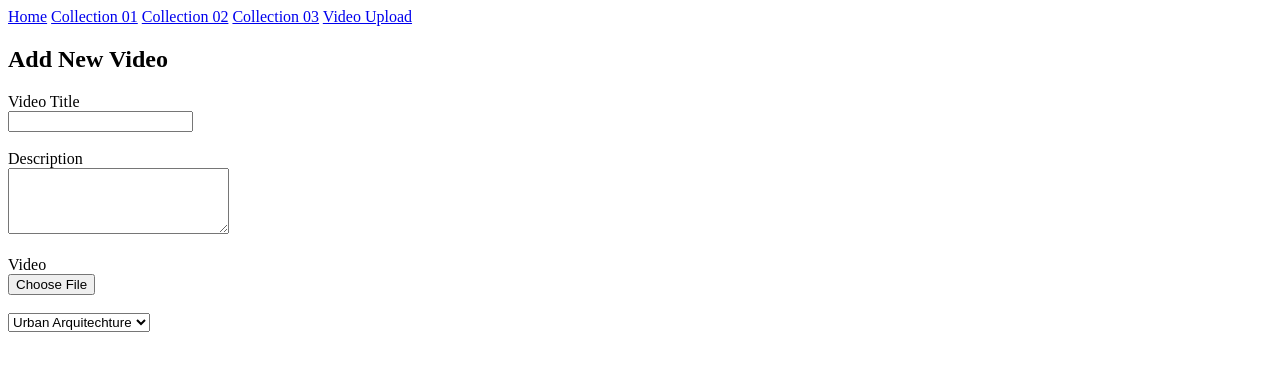
Repository: JoaoLemesDEV/Project-MyTube
Page: video_upload_page.html
These files come from the project's save history. The page is drawn as it stood at one moment and after a run of saves; the edit follows.
The browser window is 1280 px wide. The pictures show the whole page.

Above is the page before, as saved 2021-10-10 21:27:54.

### video_upload_page.html
<!DOCTYPE html>
<html lang="en">
<head>
  <meta charset="UTF-8">
  <meta http-equiv="X-UA-Compatible" content="IE=edge">
  <meta name="viewport" content="width=device-width, initial-scale=1.0">
  <title>My Ytube Website</title>
</head>
<body>
  <nav>
    <a href="/">Home</a>
    <a href="/collection1.html">Collection 01</a>
    <a href="/collection2.html">Collection 02</a>
    <a href="/collection3.html">Collection 03</a>
    <a href="/video_upload_page.html">Video Upload</a>
  </nav>
<h2>Add New Video</h2>

<label for="title">Video Title</label><br>
<input type="text" name="" id=""><br><br>
<label for="description">Description</label><br>
<textarea name="description" id="descripition" cols="25" rows="4"></textarea><br><br>
<label for="video">Video</label><br>
<input type="button" value="Choose File"><br><br>
<select name="collection" id="">
  <option value="collection">Urban Arquitechture</option>
  <option value="collection">Coding Interviews</option>
  <option value="collection">Japan Aesthetic</option>

</select>
</body>
<footer></footer>
</html>

After the next 2 saves:
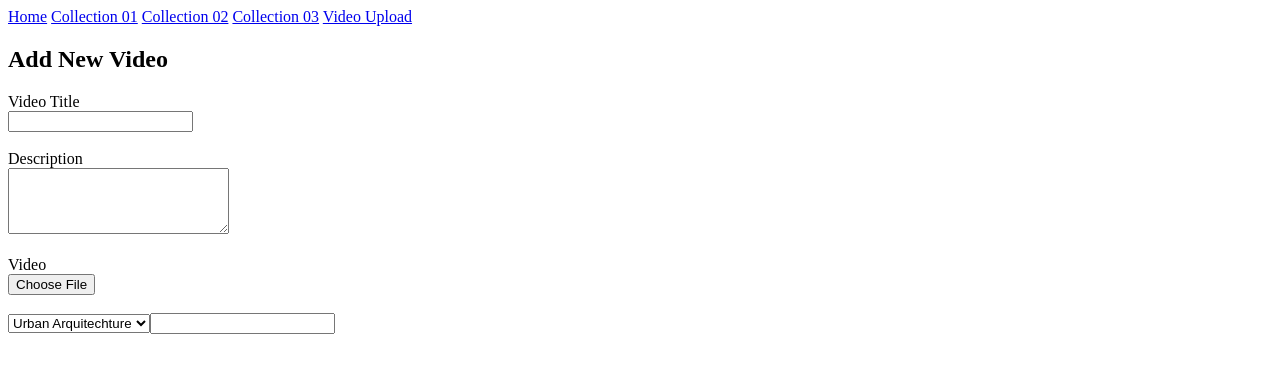
The 2 saves are shown as one change because they came seconds apart.
The last was saved 16 s later.
--- a/video_upload_page.html
+++ b/video_upload_page.html
@@ -26,7 +26,7 @@
   <option value="collection">Urban Arquitechture</option>
   <option value="collection">Coding Interviews</option>
   <option value="collection">Japan Aesthetic</option>
-
+<input type="text" name="" id="">
 </select>
 </body>
 <footer></footer>
